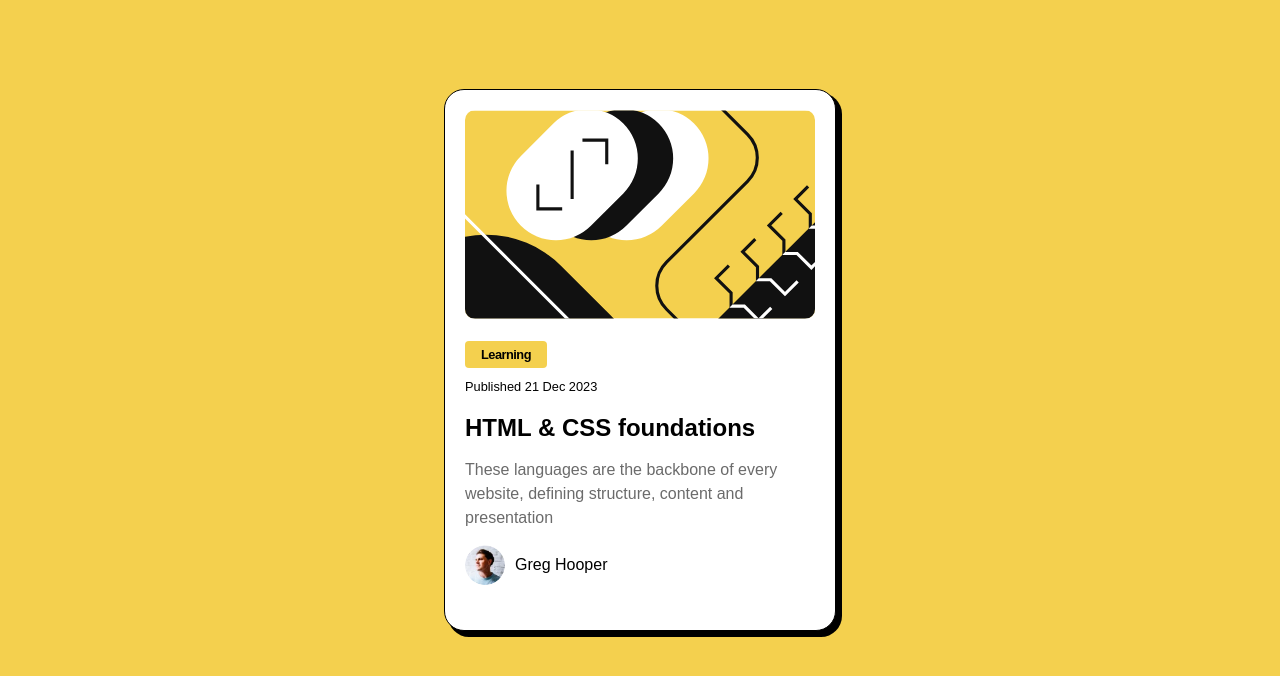
Repository: brandontaylor1/blogpreviewcard
Page: index.html
These files come from the project's save history. The page is drawn as it stood at one moment and after the next save; the edit follows.
The browser window is 1280 px wide. The pictures show the whole page.

Above is the page before, as saved 2024-12-25 11:56:39.

### index.html
<!DOCTYPE html>
<html lang="en">
<head>
    <meta charset="UTF-8">
    <meta name="viewport" content="width=device-width, initial-scale=1.0">
    <link rel="stylesheet" href="./index.css">
    <title>HTML & CSS Foundations</title>
</head>
<body>
    <main class="container">
        <div class="img-container">
            <img src="./images/illustration-article.svg" class="heading-img" alt="">
        </div>
        <div class="card-content">
            <p id="learning-tag">Learning</p>
            <div class="card-content-text">
                <p>Published 21 Dec 2023</p>
                <h2>HTML & CSS foundations</h2>
                <h3>These languages are the backbone of every website, defining structure, content and presentation</h3>
            </div>
        </div>
        <div class="user-footer">
            <img src="./images/image-avatar.webp" alt="person-image">
            <p>Greg Hooper</p>
        </div>
    </main>

    <script src="index.js"></script>
</body>
</html>

### index.css
:root {
    /* COLORS */
    --primary-yellow: hsl(47, 88%, 63%);
    --primary-white: hsl(0, 0%, 100%);
    --primary-gray-reg: hsl(0, 0%, 42%);
    --primary-gray-bold: hsl(0, 0%, 7%);

    --main-font-size: 16px;

    --main-font-family: 'Figtree', sans-serif;
    --main-font-family-bold: url('../fonts/Figtree-Bold.ttf');
    --main-font-weight-reg: 500;
    --main-font-weight-bold: 800;
}


body {
    box-sizing: border-box;
    margin: 0;
    padding: 0;
    height: 100vh;
    font-family: var(--main-font-family);
    display: flex;
    align-items: center;
    justify-content: center;
    background-color: var(--primary-yellow);
}

.container {
    width: 350px;
    height: 500px;
    margin: 0 auto;
    padding: 0 20px;
    background-color: var(--primary-white);
    width: 350px;
    padding: 20px;
    border-radius: 20px;
    border: 1px solid black;
    box-shadow: 5px 5px 0 1px rgba(0, 0, 0, 1);
    transition: all 0.3s ease;
}

.container:hover {
    box-shadow: 0 0 0 0 rgba(0, 0, 0, 0.5);
    height: 495px;
    width: 345px;
}

.heading-img {
    width: 100%;
    margin-bottom: 5px;
    border-radius: 10px;
}

.card-content {
    width: 100%;
    display: flex;
    flex-direction: column;
    align-items: left;
    justify-content: space-between;
}

#learning-tag {
    background-color: var(--primary-yellow);
    padding: 6px 1px;
    border-radius: 4px;
    font-size: .8rem;
    font-weight: var(--main-font-weight-bold);
    width: 80px;
    text-align: center;
    letter-spacing: -.5px;

}

.card-content-text {
    margin-top: -15px;
    font-size: .8rem;
}

.card-content-text h2 {
    font-size: 1.5rem;
    font-family: ");
    font-weight: var(--main-font-weight-bold);
    margin-bottom: 10px;
    transition: color 0.3s ease;
}

.card-content-text h2:hover {
    color: var(--primary-yellow)

}

.card-content-text h3 {
    font-size: 1rem;
    line-height: 1.5;
    font-family: var(--main-font-family);
    font-weight: var(--main-font-weight-reg);
    color: var(--primary-gray-reg);
    margin-bottom: 10px;
}

.user-footer {
    display: flex;
    align-items: center;

}

.user-footer img {
    width: 40px;
    height: 40px;
    border-radius: 50%;
    margin-right: 10px;
}

Loaded but not shown: index.js (no stored copy; drawn as an empty file)

After the next save:
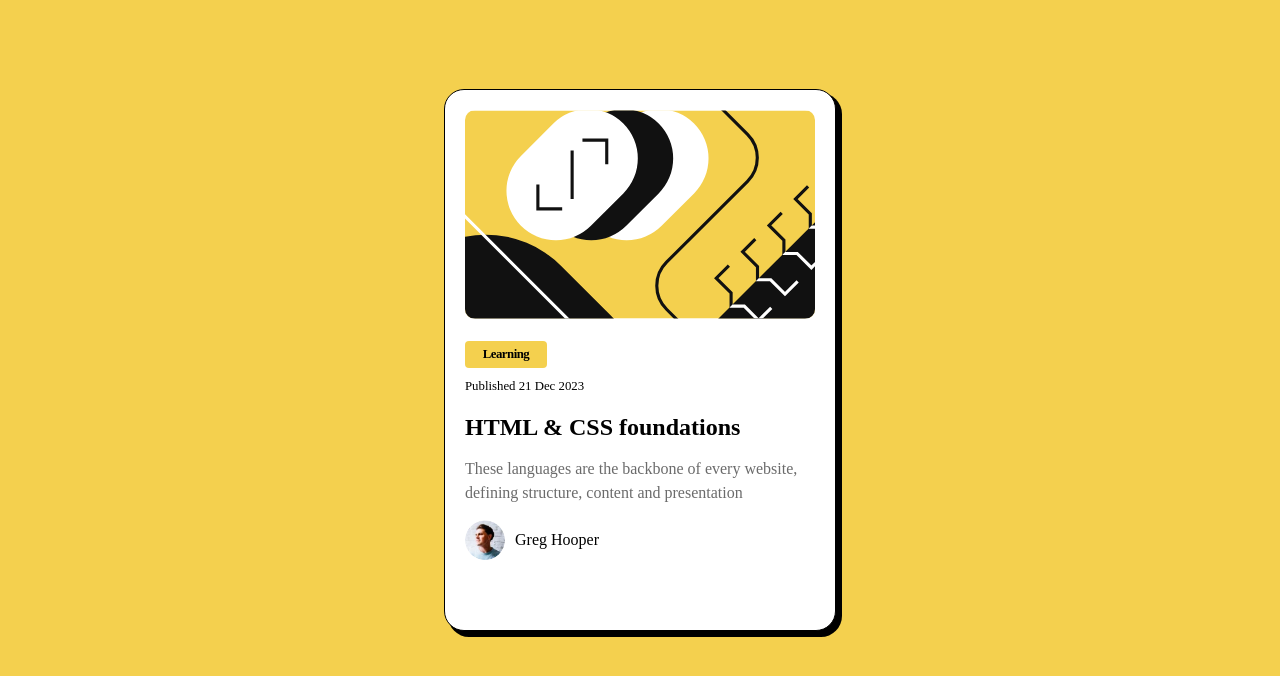
Saved 11 s later.
--- a/index.css
+++ b/index.css
@@ -7,7 +7,7 @@
 
     --main-font-size: 16px;
 
-    --main-font-family: 'Figtree', sans-serif;
+    --main-font-family: url('../fonts/Figtree-Regular.ttf');
     --main-font-family-bold: url('../fonts/Figtree-Bold.ttf');
     --main-font-weight-reg: 500;
     --main-font-weight-bold: 800;
